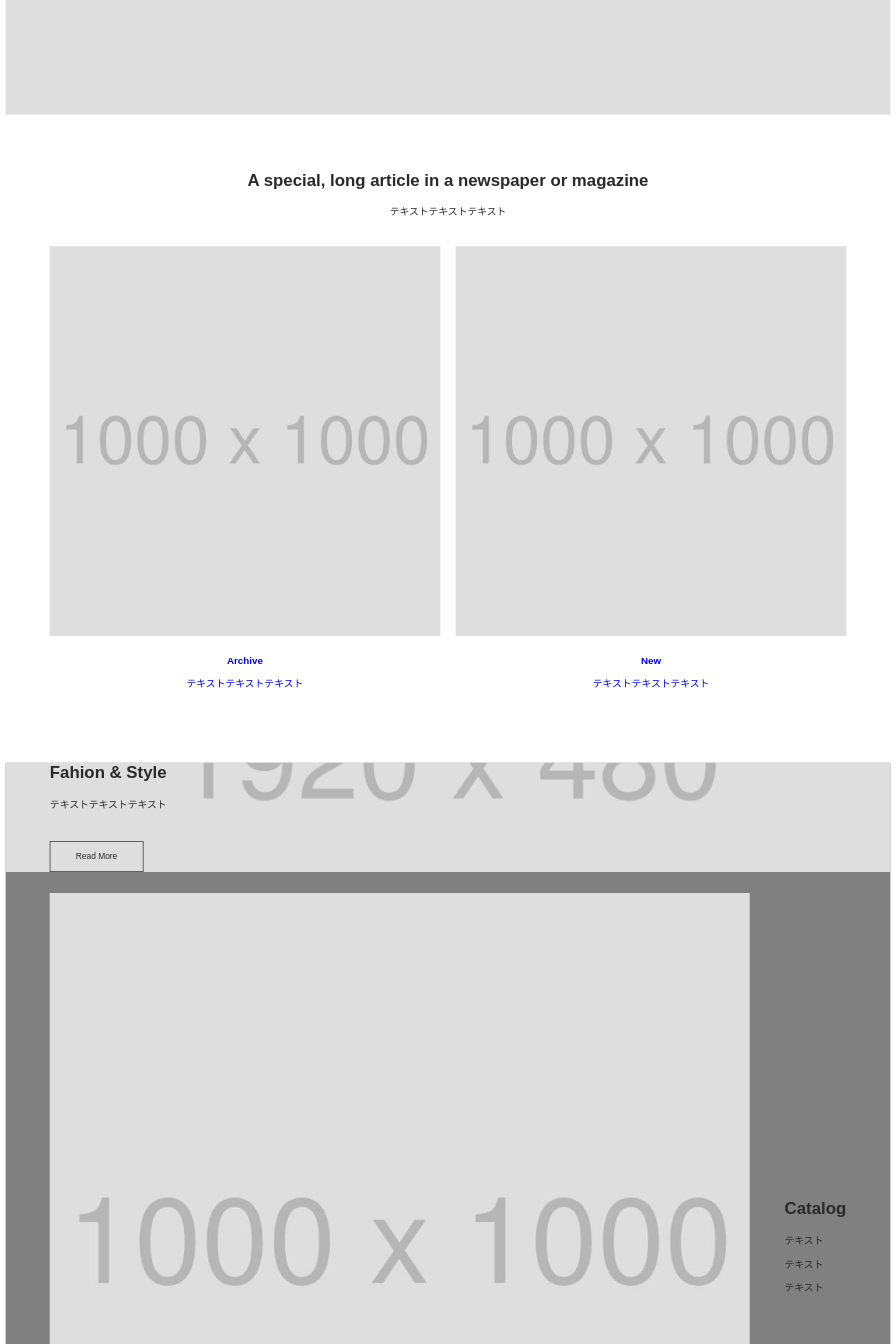
Repository: Fuki-san/bookstore
Page: http://localhost/book
These files come from the project's save history. The page is drawn as it stood at one moment and after the next save; the edit follows.
The browser window is 1280 px wide. The pictures show the part of the page from y = 564 to 2484 px (the page is 4017 px tall), at 70% of full size.
The page is served by the project's Laravel application, run on PHP 8.4 with Laravel 10.

Above is the page before, as saved 2023-11-21 13:55:17.

After the next save:
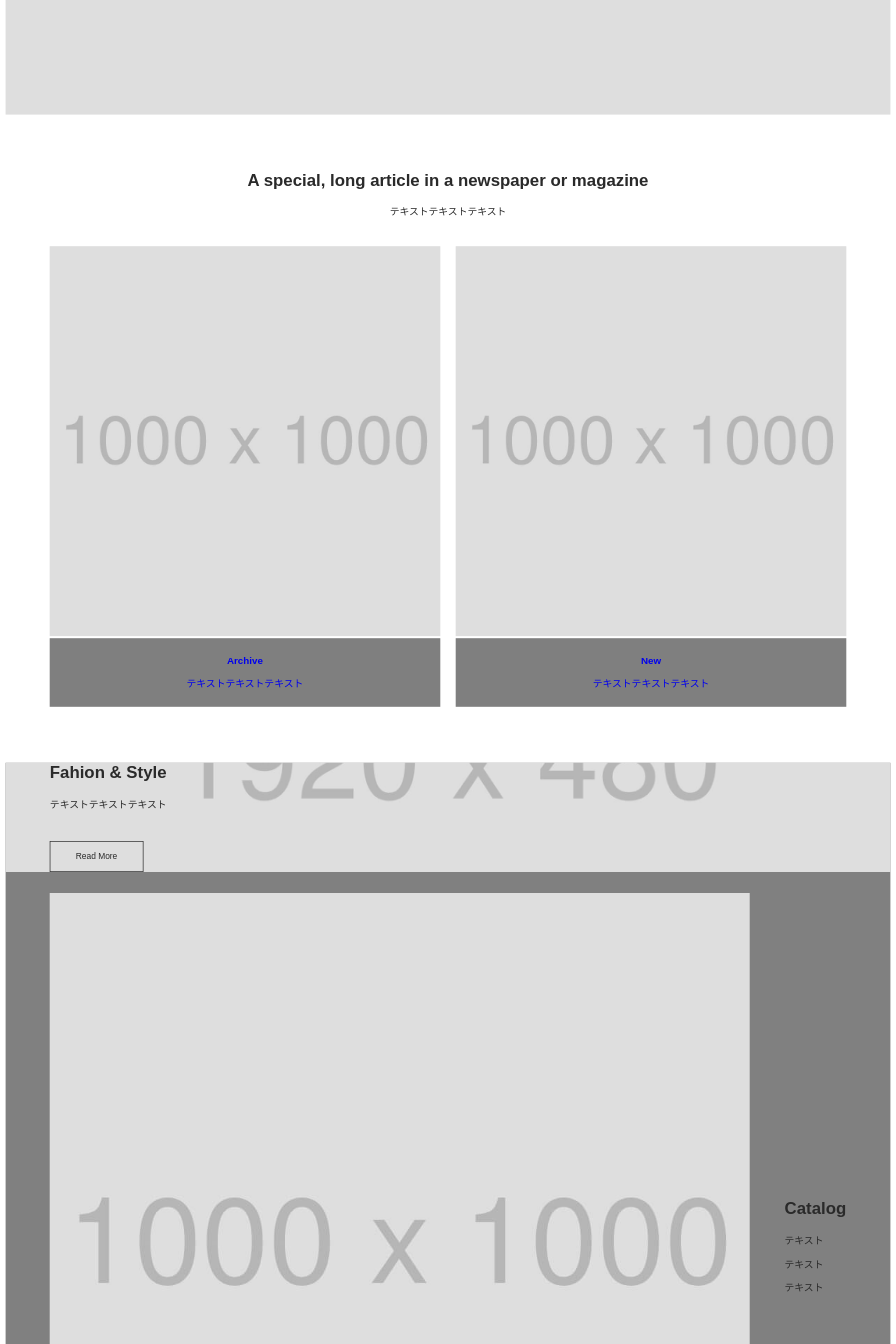
Saved 6 s later.
--- a/public/css/style.css
+++ b/public/css/style.css
@@ -78,7 +78,7 @@ li{
 }
 
 #magazine .flex-item .item .text{
-    background-color: rgba(0, 0, 0, alpha);
+    background-color: rgba(0, 0, 0, 0.5);
     text-align: center;
     padding: 10px 15px;
 }
